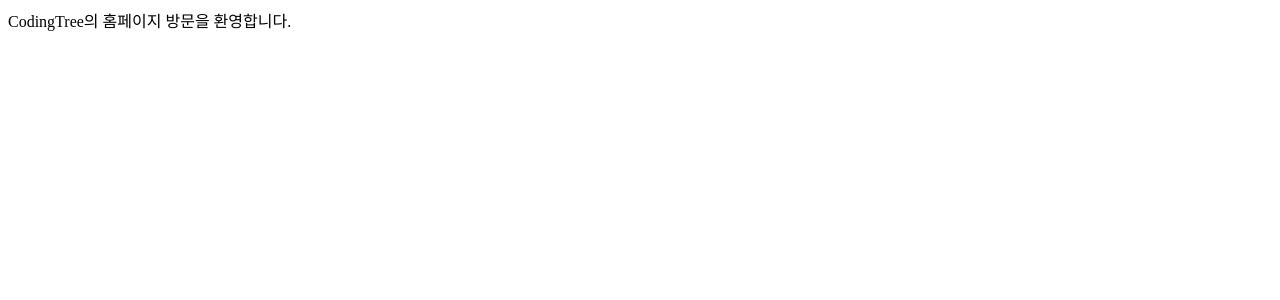
Repository: pol963/Jsp
Page: WEB/webapp/index.html
These files come from the project's save history. The page is drawn as it stood at one moment and after the next save; the edit follows.
The browser window is 1280 px wide. The pictures show the whole page.

Above is the page before, as saved 2022-04-28 17:19:21.

### WEB/webapp/index.html
<!DOCTYPE html>
<html>
<head>
<meta charset="UTF-8">
<title>Insert title here</title>
</head>
<body>

	CodingTree의 홈페이지 방문을 환영합니다.

</body>
</html>

After the next save:
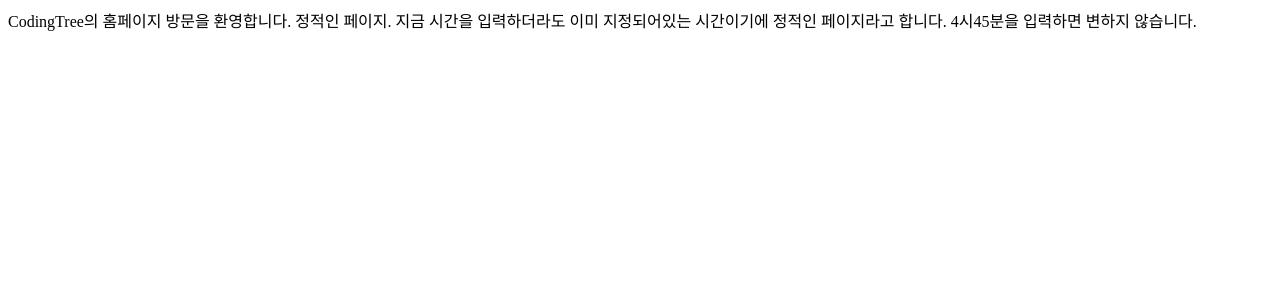
Saved 2 h 26 min later.
--- a/WEB/webapp/index.html
+++ b/WEB/webapp/index.html
@@ -7,6 +7,8 @@
 <body>
 
 	CodingTree의 홈페이지 방문을 환영합니다.
+	정적인 페이지.
+	지금 시간을 입력하더라도 이미 지정되어있는 시간이기에 정적인 페이지라고 합니다. 4시45분을 입력하면 변하지 않습니다.
 
 </body>
 </html>
